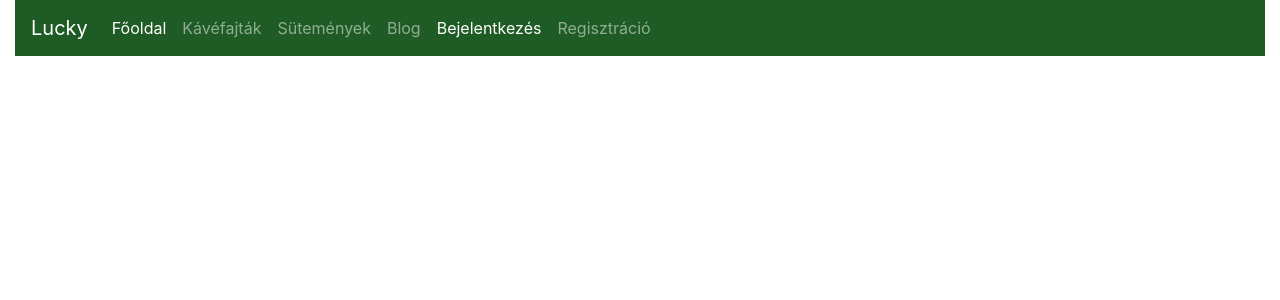
Repository: zsanber/kavezo
Page: index.html
An editor plug-in stored every save of this project. The page is shown before and after the next save, followed by the edit.
The browser window is 1280 px wide. The pictures show the whole page.

Above is the page before, as saved 2021-11-22 17:16:50.

### index.html
<!doctype html>
<html lang="en">
  <head>
    <!-- Required meta tags -->
    <meta charset="utf-8">
    <meta name="viewport" content="width=device-width, initial-scale=1, shrink-to-fit=no">

    <!-- Bootstrap CSS -->
    <link rel="stylesheet" href="https://cdn.jsdelivr.net/npm/bootstrap@4.6.1/dist/css/bootstrap.min.css" integrity="sha384-zCbKRCUGaJDkqS1kPbPd7TveP5iyJE0EjAuZQTgFLD2ylzuqKfdKlfG/eSrtxUkn" crossorigin="anonymous">

    <!-- CSS -->
    <link rel="stylesheet" href="/css/style.css">
    <title>Lucky Kávézó</title>
  </head>
  <body>
    <div class="container-fluid">
        <nav class="navbar navbar-expand-lg navbar-dark">
            <a class="navbar-brand" href="#">Lucky  </a>
            <button class="navbar-toggler" type="button" data-toggle="collapse" data-target="#navbarAltMarkup" aria-controls="navbarNavDropdown" aria-expanded="false" aria-label="Toggle navigation">
            </button>
            <div class="collapse navbar-collapse" id="navbarAltMarkup">
            <div class="navbar-nav">
               <a class="nav-link active" href="#">Főoldal</a>
               <a class="nav-link" href="#">Kávéfajták</a>
               <a class="nav-link" href="#">Sütemények</a>
               <a class="nav-link" href="#">Blog</a>
            </div>
            <div class="navbar-nav">
                <a class="nav-link active" href="#">Bejelentkezés</a>
                <a class="nav-link" href="#">Regisztráció</a>
             </div>
        </nav>



    </div>





    <script src="https://cdn.jsdelivr.net/npm/jquery@3.5.1/dist/jquery.slim.min.js" integrity="sha384-DfXdz2htPH0lsSSs5nCTpuj/zy4C+OGpamoFVy38MVBnE+IbbVYUew+OrCXaRkfj" crossorigin="anonymous"></script>
    <script src="https://cdn.jsdelivr.net/npm/bootstrap@4.6.1/dist/js/bootstrap.bundle.min.js" integrity="sha384-fQybjgWLrvvRgtW6bFlB7jaZrFsaBXjsOMm/tB9LTS58ONXgqbR9W8oWht/amnpF" crossorigin="anonymous"></script>
  </body>
</html>

### css/style.css
.navbar-brand img {
    max-height:2REM;
}

nav {
    background-color: #1f5b25;
}

After the next save:
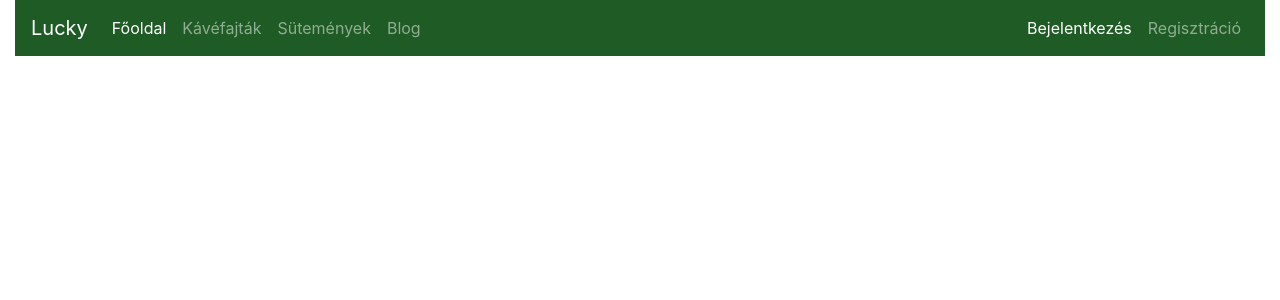
Saved 19 s later.
--- a/index.html
+++ b/index.html
@@ -19,7 +19,7 @@
             <button class="navbar-toggler" type="button" data-toggle="collapse" data-target="#navbarAltMarkup" aria-controls="navbarNavDropdown" aria-expanded="false" aria-label="Toggle navigation">
             </button>
             <div class="collapse navbar-collapse" id="navbarAltMarkup">
-            <div class="navbar-nav">
+            <div class="navbar-nav mr-auto">
                <a class="nav-link active" href="#">Főoldal</a>
                <a class="nav-link" href="#">Kávéfajták</a>
                <a class="nav-link" href="#">Sütemények</a>

After the 2 saves that followed:
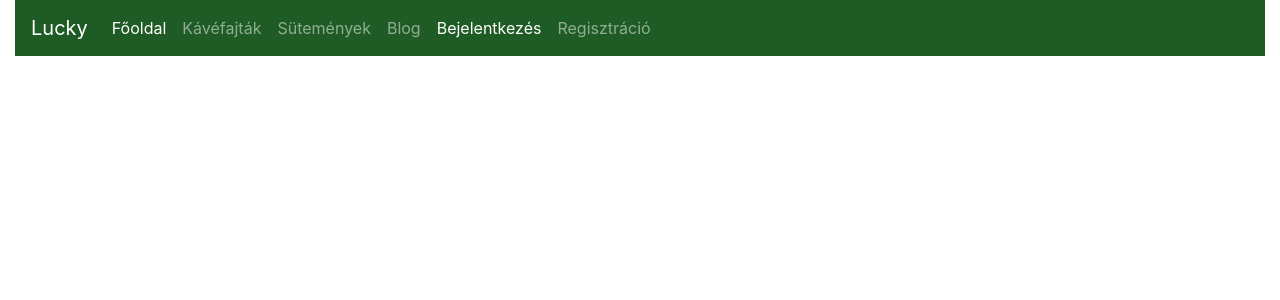
The 2 saves are shown as one change because 1 left the picture as it was.
The last was saved 20 s later.
--- a/index.html
+++ b/index.html
@@ -17,9 +17,10 @@
         <nav class="navbar navbar-expand-lg navbar-dark">
             <a class="navbar-brand" href="#">Lucky  </a>
             <button class="navbar-toggler" type="button" data-toggle="collapse" data-target="#navbarAltMarkup" aria-controls="navbarNavDropdown" aria-expanded="false" aria-label="Toggle navigation">
+            <span class="navbar-toggler-icon"></span>
             </button>
             <div class="collapse navbar-collapse" id="navbarAltMarkup">
-            <div class="navbar-nav mr-auto">
+            <div class="navbar-nav">
                <a class="nav-link active" href="#">Főoldal</a>
                <a class="nav-link" href="#">Kávéfajták</a>
                <a class="nav-link" href="#">Sütemények</a>
